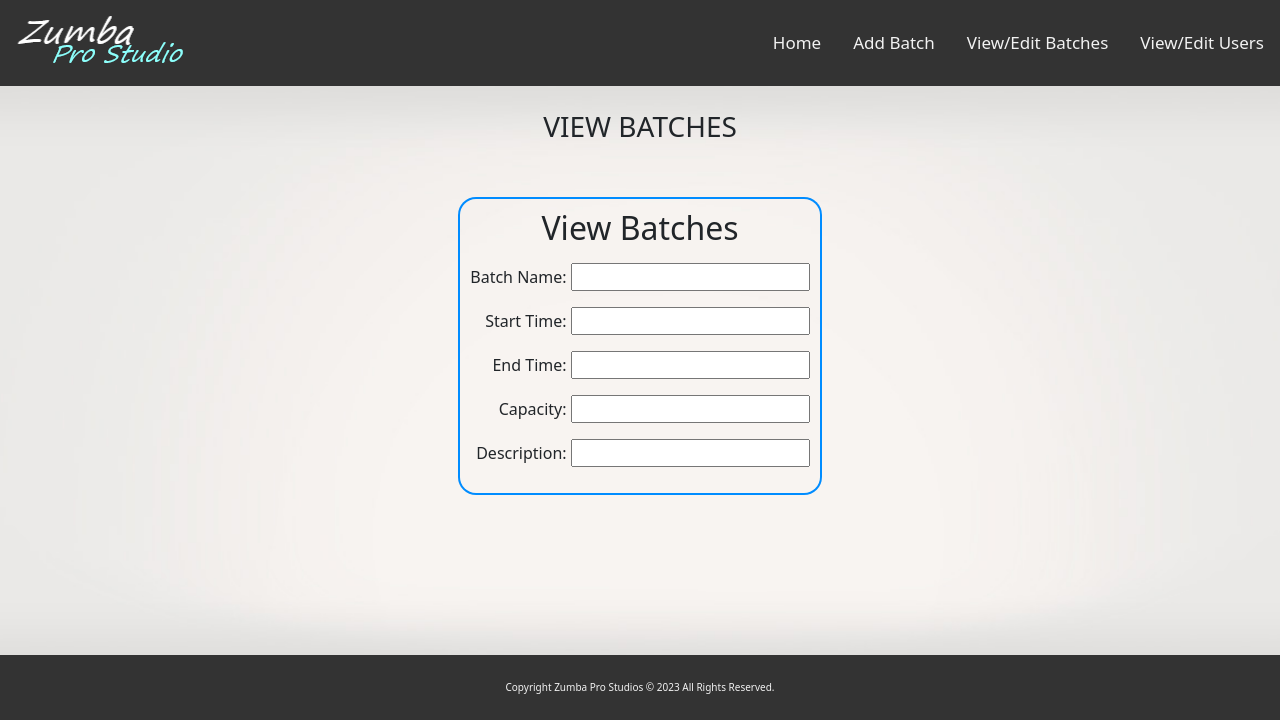
Repository: basemsamuel/Zumba
Page: http://localhost/ZumbaProStudio/admin.jsp
The author's editor kept a copy of each file at every save. The page is drawn from the files as they stood at one save, then again after the next save.
The browser window is 1280 px wide. The pictures show the whole page.
The page is served by Tomcat 10. Other server files are loaded and not shown.

Above is the page before, as saved 2023-07-31 02:00:06.

### ZumbaProStudio/src/main/webapp/admin.jsp
<jsp:include page="adminheader.jsp"></jsp:include>
<div class="mycontainer">
	<div align="center">
	<br>
	<h3>VIEW BATCHES</h3>
	<br>
	<br>
	<div>
		<table class="formtable">
			<tr>
				<td style="padding: 10px;">
					<div class='center'>
						<form style="width: 100%;" action="Login" method = "POST">
						    <h2>View Batches</h2>
						    <input type="hidden" name="htmlFormName" value="ViewBatches" />
						    <div>
						        <p>
							        <div class='right'>
							            <label for="name">Batch Name:</label>
							            <input type="text" id="name" name="name">
							        </div>
						        </p>
						    </div>

						    <div>
						        <p>
							        <div class='right'>
							            <label for="stime">Start Time:</label>
							            <input type="text" id="stime" name="stime">
							        </div>
						        </p>
						    </div>


						    <div>
						        <p>
							        <div class='right'>
							            <label for="etime">End Time:</label>
							            <input type="text" id="etime" name="etime">
							        </div>
						        </p>
						    </div>

						    <div>
						        <p>
							        <div class='right'>
							            <label for="capacity">Capacity:</label>
							            <input type="number" id="capacity" name="capacity">
							        </div>
						        </p>
						    </div>

						    <div>
						        <p>
							        <div class='right'>
							            <label for="description">Description:</label>
							            <input type="number" id="description" name="description">
							        </div>
						        </p>
						    </div>
						</form>
					</div>

				</td>
			</tr>
		</table>
		<br>
		<div class="emsg">
			<p>
				${listerrorMessage}
			</p>
		</div>
	</div>
</div>

<jsp:include page="footer.jsp"></jsp:include>

### ZumbaProStudio/src/main/webapp/adminheader.jsp
<html lang="en">

<head>
    <meta charset="UTF-8">
    <meta http-equiv="X-UA-Compatible" content="IE=edge">
    <meta name="viewport" content="width=device-width, initial-scale=1.0">
    <title>Document</title>
    <link href="https://cdn.jsdelivr.net/npm/bootstrap@5.1.3/dist/css/bootstrap.min.css" rel="stylesheet" integrity="sha384-1BmE4kWBq78iYhFldvKuhfTAU6auU8tT94WrHftjDbrCEXSU1oBoqyl2QvZ6jIW3" crossorigin="anonymous">
    <link rel="stylesheet" type="text/css" href="css/styles.css" />
</head>

<body>
	 <div class="topnav">
		<img src="images/logo.png" alt="Zumba Pro Studio">
		<!-- <a class="active" href="#home">Home</a> -->
		<a href="adminusers.jsp">View/Edit Users</a>
		<a href="admin.jsp">View/Edit Batches</a>
		<a href="addbatch.jsp">Add Batch</a>
		<a href="index.jsp">Home</a>
	</div>

### ZumbaProStudio/src/main/webapp/footer.jsp
<footer>
	Copyright Zumba Pro Studios © 2023 All Rights Reserved.
</footer>
</body>
</html>

### ZumbaProStudio/src/main/webapp/css/styles.css
		.topnav {
			 background-color: #333;
			 overflow: hidden;
				}

		/* Style the links inside the navigation bar */
		.topnav a {
			 float: right;
			 color: #f2f2f2;
			 text-align: center;
			 padding: 30px 16px;
			 text-decoration: none;
			 font-size: 17px;
		}

		.topnav img {
			 float: left;
			 color: #f2f2f2;
			 text-align: center;
			 padding: 14px 16px;
			 text-decoration: none;
			 font-size: 17px;
			 height: 80px;
		}

		/* Change the color of links on hover */
		.topnav a:hover {
			 background-color: #ddd;
			 color: black;
		}

		/* Add a color to the active/current link */
		.topnav a.active {
			 background-color: #04AA6D;
			 color: white;
		}

		footer {
		    background-color: #333;
		    color: #f2f2f2;
		    grid-area: footer;
		    width: 100%;
		    position: absolute;
  			bottom: 0;
  			padding: 25px;
  			text-align: center;
  			font-size: 10px;
		}

		.centerimage {
			height: 100%;
			width: auto;
			display: block;
			margin-left: auto;
			margin-right: auto;

		}

		.center {
			text-align: center;
		}
		.right {
			text-align: right;
		}

		.formtable {
			border-collapse: collapse;
			border-radius: 16px;
			box-shadow: 0 0 0 2px rgb(0, 140, 255);
		}

		.mycontainer {
			height: calc(100% - 150px);
			width: 100%;
			background-image: url('../images/bg.jpg');
			background-color: #333; /* Used if the image is unavailable */
			background-position: center; /* Center the image */
			background-repeat: no-repeat; /* Do not repeat the image */
			background-size: cover; /* Resize the background image to cover the entire container */
		}

		.emsg {
			font-size: 13px;
			color: #FF0000;
		}

After the next save:
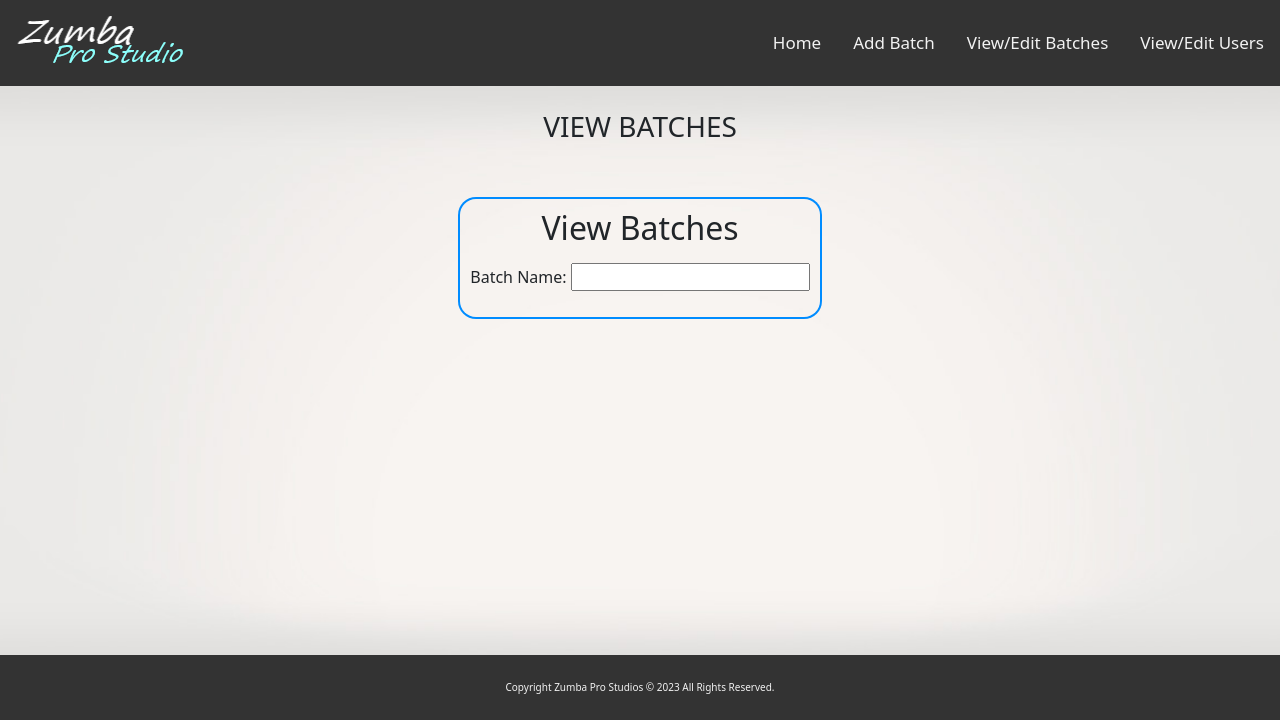
Saved 53 s later.
--- a/ZumbaProStudio/src/main/webapp/admin.jsp
+++ b/ZumbaProStudio/src/main/webapp/admin.jsp
@@ -21,43 +21,6 @@
 							        </div>
 						        </p>
 						    </div>
-
-						    <div>
-						        <p>
-							        <div class='right'>
-							            <label for="stime">Start Time:</label>
-							            <input type="text" id="stime" name="stime">
-							        </div>
-						        </p>
-						    </div>
-
-
-						    <div>
-						        <p>
-							        <div class='right'>
-							            <label for="etime">End Time:</label>
-							            <input type="text" id="etime" name="etime">
-							        </div>
-						        </p>
-						    </div>
-
-						    <div>
-						        <p>
-							        <div class='right'>
-							            <label for="capacity">Capacity:</label>
-							            <input type="number" id="capacity" name="capacity">
-							        </div>
-						        </p>
-						    </div>
-
-						    <div>
-						        <p>
-							        <div class='right'>
-							            <label for="description">Description:</label>
-							            <input type="number" id="description" name="description">
-							        </div>
-						        </p>
-						    </div>
 						</form>
 					</div>
 
